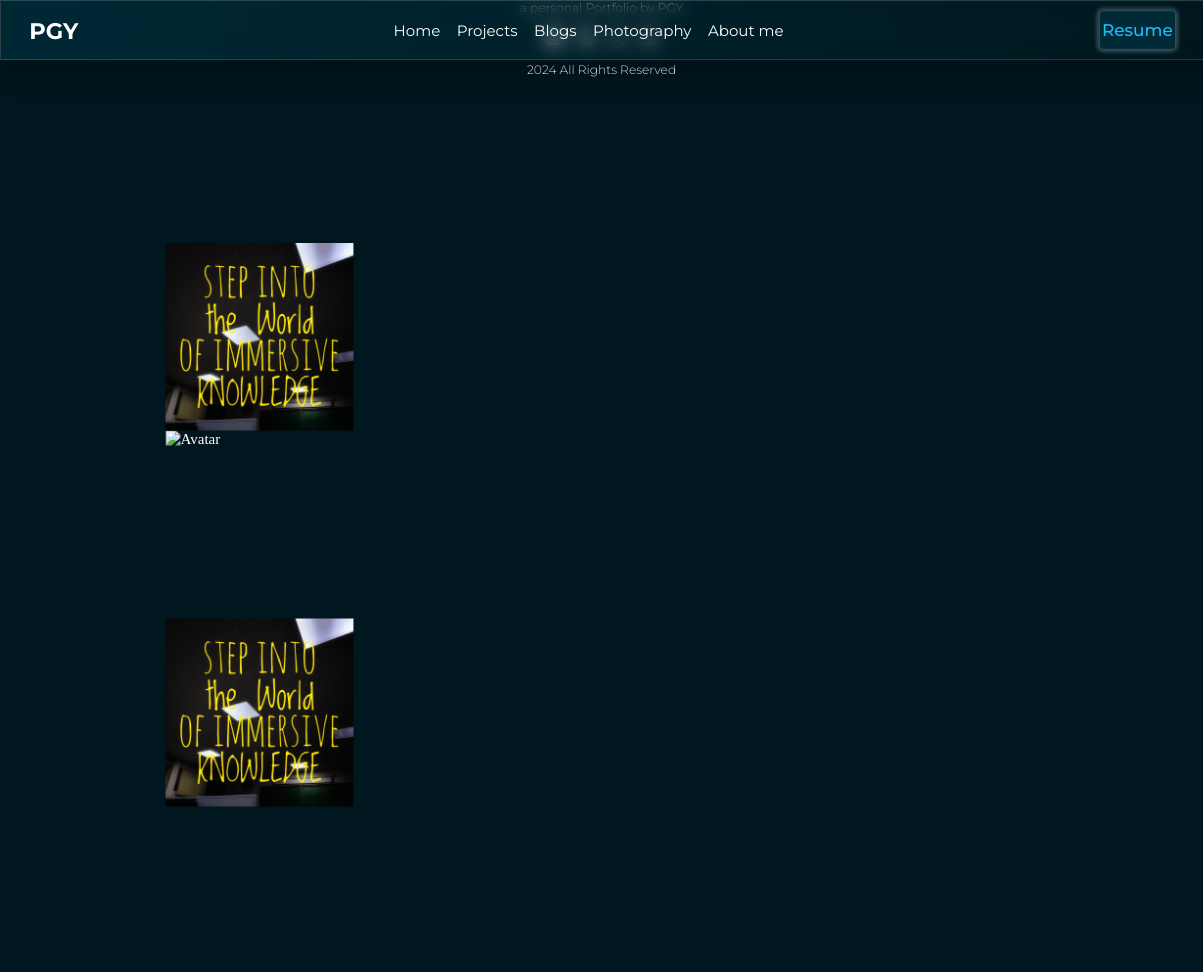
Repository: pgyunknown/pgyunknown
Page: photography.html
The author's editor kept a copy of each file at every save. The page is drawn from the files as they stood at one save, then again after the next save.
The browser window is 1280 px wide. The pictures show the whole page, at 94% of full size.
Some web libraries are served in a nearby version.

Above is the page before, as saved 2024-08-22 10:42:19.

After the next save:
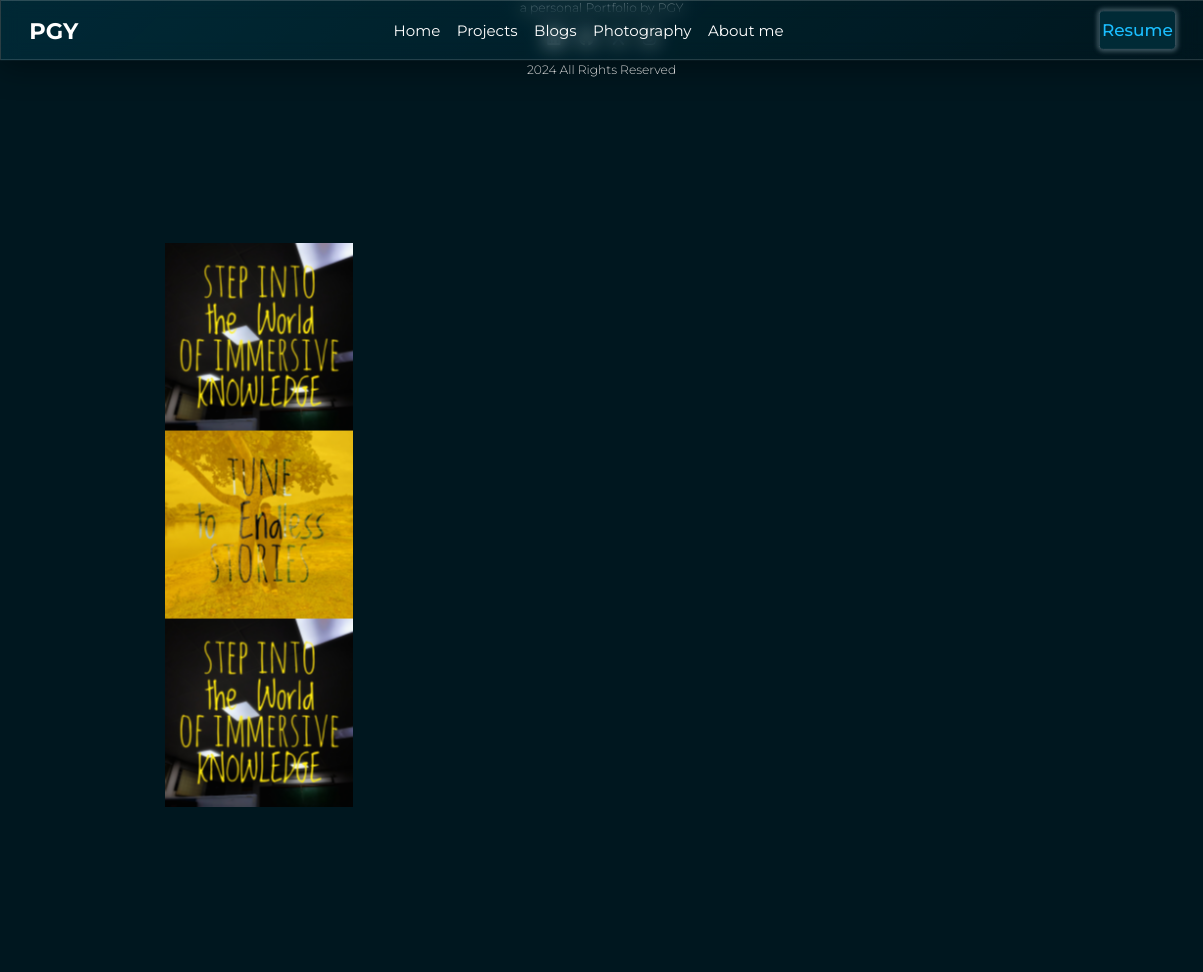
Saved 5 s later.
--- a/photography.html
+++ b/photography.html
@@ -46,7 +46,7 @@
   <div class="overlay">
     <div class="text">Hello World</div>
   </div>
-  <img src="" alt="Avatar" class="image">
+  <img src="imgs/personal.jpg" alt="Avatar" class="image">
   <div class="overlay">
     <div class="text">Hello World</div>
   </div>
